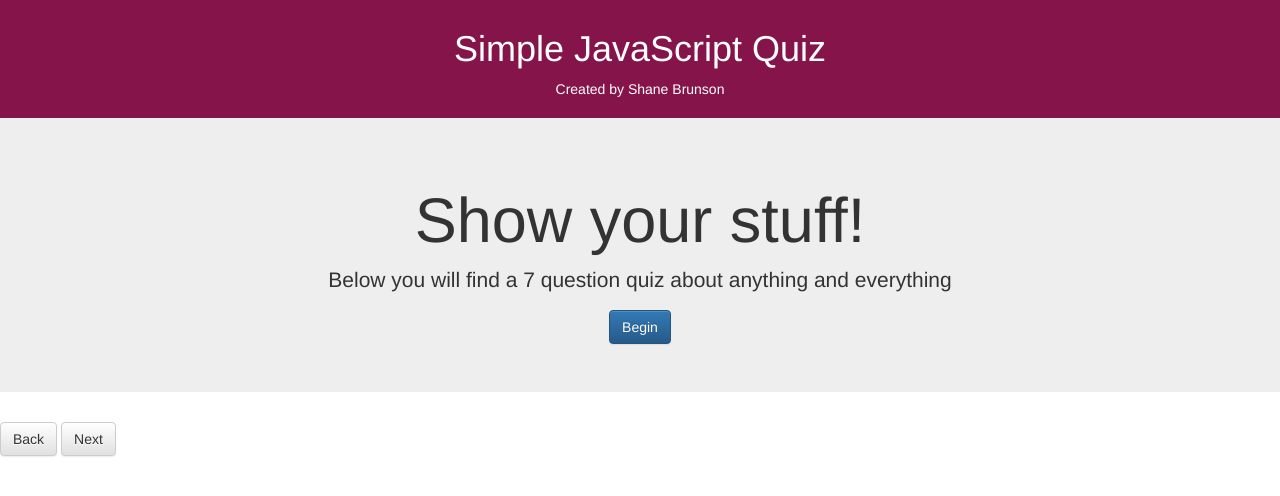
Repository: wsbrunson/Simple-Javascript-Quiz
Page: index.html
The author's editor kept a record of every edit. The page is drawn from the files as they stood at one moment, then again after the next edit.
The browser window is 1280 px wide. The pictures show the whole page.

Above is the page before.

### index.html
<!DOCTYPE html>
<html>
<head>
    <title>Quiz time!</title>

    <link rel="stylesheet" href="https://maxcdn.bootstrapcdn.com/bootstrap/3.3.1/css/bootstrap.min.css">
    <link rel="stylesheet" href="https://maxcdn.bootstrapcdn.com/bootstrap/3.3.1/css/bootstrap-theme.min.css">
    <link rel="stylesheet" type="text/css" href="stylesheet.css">
</head>

<body>
    <div class="page-header">
        <h1>Simple JavaScript Quiz</h1>
        <p>Created by Shane Brunson</p>
    </div>

    <div id='welcome' class="jumbotron">
        <h1>Show your stuff!</h1>
        <p>Below you will find a 7 question quiz about anything and everything</p>
        <input type='button' value='Begin' id='begin-button' class="btn btn-primary">
    </div>

    <div id='score' class="jumbotron">
        <h1>Quiz Complete</h1>
        <p id='total'>Your total score is: <span id='score-total'></span></p>
        <table>
            <tr>
                <td>
                    <input type='button' value='Retake Quiz' id='retake-button' class='btn btn-primary'>
                </td>
                <td>
                    <input type='button' value='Show Answers' id='show-button' class='btn btn-primary'>
                </td>
            </tr>
        </table>
    </div>

    <div id="quiz"></div>

    <div class="button-holder" id='nav-button'>
        <input type='button' value='Back' id='back-button' class="btn btn-default">
        <input type='button' value='Next' id='next-button' class="btn btn-default">
    </div>

    <script src="scripts/jquery-2.1.3.min.js"></script>
    <script src="https://maxcdn.bootstrapcdn.com/bootstrap/3.3.1/js/bootstrap.min.js"></script>
    <script src="scripts/app.js"></script>
</body>

</html>

### stylesheet.css
input {
    display: inline;
}

.radio-label {
    display: block;
}

.question-container {
    background-color: #3D9970;
    margin-left: auto;
    margin-right: auto;
    width: 50%;
}

.question-container * {
    margin-left: 10px;
    color: white;
}

.page-header {
    background-color: #85144B;
    margin: 0px;
    border: 0px;
    padding-top: 9px;
}

.page-header * {
    text-align: center;
    color: #FFFFFF;
}

.nav-button {
    margin-left: auto;
    margin-right: auto;
    width: 50%;
    display: none;
}

label {
    color: #111111;
}

#begin-button {
    display: block;
    margin: 0 auto;
}

#retake-button {
    display: block;
    margin: 0 auto;
}

.jumbotron * {
    text-align: center;
}

#score {
    display: none;
}

### scripts/app.js
var allQuestions = [{question: "Question 1: Grand Central Terminal, Park Avenue, New York is the world's",
                     choices: ["A: largest railway station",
                               "B: highest railway station",
                               "C: longest railway station",
                               "D: None of the above"],
                     correctAnswer: 0
                    },
                    {question: "Question 2: Entomology is the science that studies",
                     choices: ["A: Behavior of human beings",
                               "B: Insects",
                               "C: The origin and history of technical and scientific terms",
                               "D: The formation of rocks"],
                     correctAnswer: 1
                    },
                    {question: "Question 3: Friction can be reduced by changing from",
                     choices: ["A: sliding to rolling",
                               "B: rolling to sliding",
                               "C: potential energy to kinetic energy",
                               "D: dynamic to static"],
                     correctAnswer: 0
                    },
                    {question: "Question 4: For seeing objects at the surface of water from a submarine under water, the instrument used is",
                     choices: ["A: kaleidoscope",
                               "B: spectroscope",
                               "C: periscope",
                               "D: telescope"],
                     correctAnswer: 2
                    },
                    {question: "Question 5: Galileo was an Italian astronomer who",
                     choices: ["A: developed the telescope",
                               "B: discovered four satellites of Jupiter",
                               "C: discovered that the movement of pendulum produces a regular time measurement",
                               "D: All of the above"],
                     correctAnswer: 3
                    },
                    {question: "Question 6: Habeas Corpus Act 1679",
                     choices: ["A: states that no one was to be imprisoned without a writ or warrant stating the charge against him",
                               "B: provided facilities to a prisoner to obtain either speedy trial or release in bail",
                               "C: safeguarded the personal liberties of the people against arbitrary imprisonment by the king's orders",
                               "D: All of the above"],
                     correctAnswer: 3
                    },
                    {question: "Question 7: For galvanizing iron which of the following metals is used?",
                     choices: ["A: Aluminium",
                               "B: Lead",
                               "C: Zinc",
                               "D: Copper"],
                     correctAnswer: 2
                    }
                    ];


$(document).ready(function() {

    var questionNavIndex = 0,
        numberOfCorrectAnswers = 0,
        previousQuizAttempts = [],
        allQuestionsArrayLength = allQuestions.length;

    var printQuizQuestions = function() {
        for(var loopIndexQuestion = 0; loopIndexQuestion < allQuestionsArrayLength; loopIndexQuestion++) {
            var pathToQuestion = allQuestions[loopIndexQuestion].question,
                pathToChoices = allQuestions[loopIndexQuestion].choices,

                questionsDivElementID = "question-" + loopIndexQuestion,
                questionsDivElement = "<div class='question-container' id='" + questionsDivElementID + "'></div>",
                hastagDivElement = "#" + questionsDivElementID,

                questionID = "q"+ loopIndexQuestion,
                questionTag = "<p class='question' id='" + questionID + "'>" + pathToQuestion + "</div>";

            $('#quiz').append(questionsDivElement);
            $(hastagDivElement).append(questionTag);

            for(var loopIndexChoices = 0, x = pathToChoices.length; loopIndexChoices < x; loopIndexChoices++) {
                var choicesID = "c" + loopIndexQuestion + "-" + loopIndexChoices,
                    choicesTag = "<label class='radio-label' id='" + choicesID + "'>" +
                                 "<input type='radio' name='quiz-radio-button-" + loopIndexQuestion + "' id='radio-" + choicesID +
                                 "'>   " +  pathToChoices[loopIndexChoices] + "</label>";

                $(hastagDivElement).append(choicesTag);
            }

            $(hastagDivElement).hide();
        }
    };

    var tallyScore = function() {
        for(var i = 0; i < allQuestionsArrayLength; i++) {
            var findAnswer = allQuestions[i].correctAnswer,
                answerID = "radio-c" + i + "-" + findAnswer;

            //console.log(answerID);
            //console.log(document.getElementById(answerID));
            //console.log(document.getElementById(answerID).checked);
            if(document.getElementById(answerID).checked) {
                //console.log('true');
                numberOfCorrectAnswers++;
                //console.log(numberOfCorrectAnswers);
            }
        }

        $('#score-total').html(numberOfCorrectAnswers);
    };

    // ----Hide & Show button----
    var changeDisplayOfElements = function(elem, state) {
        var element = "#" + elem;

        if(state === 'hide') {$(element).hide('fast');}
        else if(state === 'show') {$(element).show('fast');}
        else {
            console.log("changeDisplayOfElements state or elem is incorrect");
            console.log(elem);
            console.log(state);
        }
    };

    // ----Nav Button Function----
    var navigateQuestions = function(direction) {
        var questionNavIDToHide = "#question-" + questionNavIndex;
        $(questionNavIDToHide).hide('fast');

        if(direction==="next") {questionNavIndex++;}
        else if(direction==="back") {questionNavIndex--;}
        else {
            console.log("navigateQuestions() recieved unexpexted input - use next or back");
            console.log(direction);
        }

        var questionNavIDToShow = "#question-" + questionNavIndex;
        $(questionNavIDToShow).show('fast');
    }

    // ----Begin button----
    $('#begin-button').click(function() {
        //$('#welcome').hide('fast');
        changeDisplayOfElements('welcome', 'hide');
        //$('#nav-button').show('fast');
        changeDisplayOfElements('nav-button', 'show');

        if(questionNavIndex === 0) {
            //$('#back-button').hide('fast');
            changeDisplayOfElements('back-button', 'hide');
        }

        printQuizQuestions();
        //$('#question-0').show('fast');
        changeDisplayOfElements('question-0', 'show');
        changeDisplayOfElements('show-button', 'show');
    });

    // ----Next button----
    $('#next-button').click(function() {
        navigateQuestions("next");

        if(questionNavIndex >= allQuestionsArrayLength) {
            //$('#nav-button').hide('fast');
            changeDisplayOfElements('nav-button', 'hide');
            tallyScore();
            //$('#score').show('fast');
            changeDisplayOfElements('score', 'show')
        }

         if(questionNavIndex >= 0) {
            //$('#back-button').show('fast');
            changeDisplayOfElements('back-button', 'show');
         }
    });

    // ----Back button----
    $('#back-button').click(function() {
        navigateQuestions("back");

        if(questionNavIndex === 0) {
            $(this).hide();
        }
    });

    // ----Retake Quiz button----
    $('#retake-button').click(function() {
        $('#quiz').children().remove();
        questionNavIndex = 0
        previousQuizAttempts.push(numberOfCorrectAnswers);
        numberOfCorrectAnswers = 0;
        //$('#score').hide('fast');
        changeDisplayOfElements('score', 'hide');
        //$('#welcome').show('fast');
        changeDisplayOfElements('welcome', 'show');

        console.log(previousQuizAttempts);
    });

    // ----Show Answers button----
    $('#show-button').click(function() {

            /*console.log(answerID);
            console.log(labelID)
            console.log(document.getElementById(answerID));
            console.log(document.getElementById(answerID).checked);
            console.log('true');
            $(labelID).addClass('highlight-correct');
            */


        for(var i = 0; i < allQuestionsArrayLength; i++) {
            for(var j = 0; j < allQuestions[i].choices.length; j++) {
                var findAnswer = allQuestions[i].correctAnswer,
                answerID = "radio-c" + i + "-" + findAnswer,
                //hastagAnswerID = "#" + answerID,
                labelID = "#c" + i + "-" + j,
                radioID = "radio-c" + i + "-" + j;
                console.log("answerID " + answerID);
                console.log("labeID " + labelID);
                console.log("radioID " + radioID);
                //console.log("hastagAnswerID " + hastagAnswerID);
                console.log(document.getElementById(answerID).checked);
                console.log(answerID === radioID);

                if(document.getElementById(answerID).checked & !(answerID === radioID)) {
                    console.log("painted incorrect");
                    $(labelID).addClass('highlight-incorrect');

                }
                else if(answerID === radioID) {
                    $(labelID).addClass('highlight-correct');

                }
            }
        }

        for(var i = 0; i < allQuestionsArrayLength; i++) {
            var element = 'question-' + i;
            //$('.question').show('fast');
            changeDisplayOfElements(element, 'show');
            $('label').children().hide();
        }

    });
});

Loaded but not shown: scripts/jquery-2.1.3.min.js (library)

After the next edit:
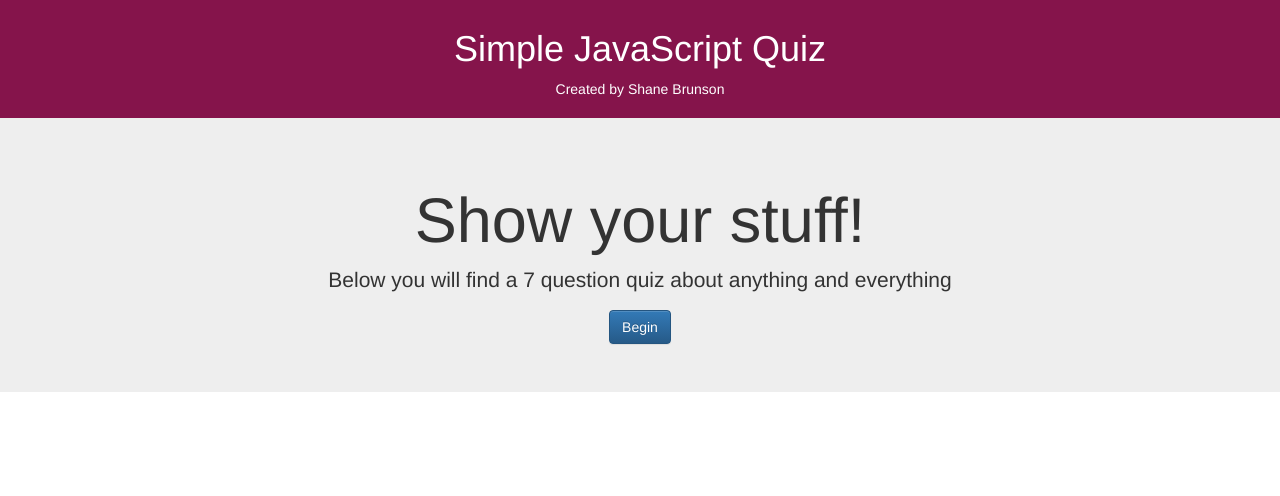
The edit:
--- a/stylesheet.css
+++ b/stylesheet.css
@@ -30,7 +30,7 @@
     color: #FFFFFF;
 }
 
-.nav-button {
+#nav-button {
     margin-left: auto;
     margin-right: auto;
     width: 50%;
